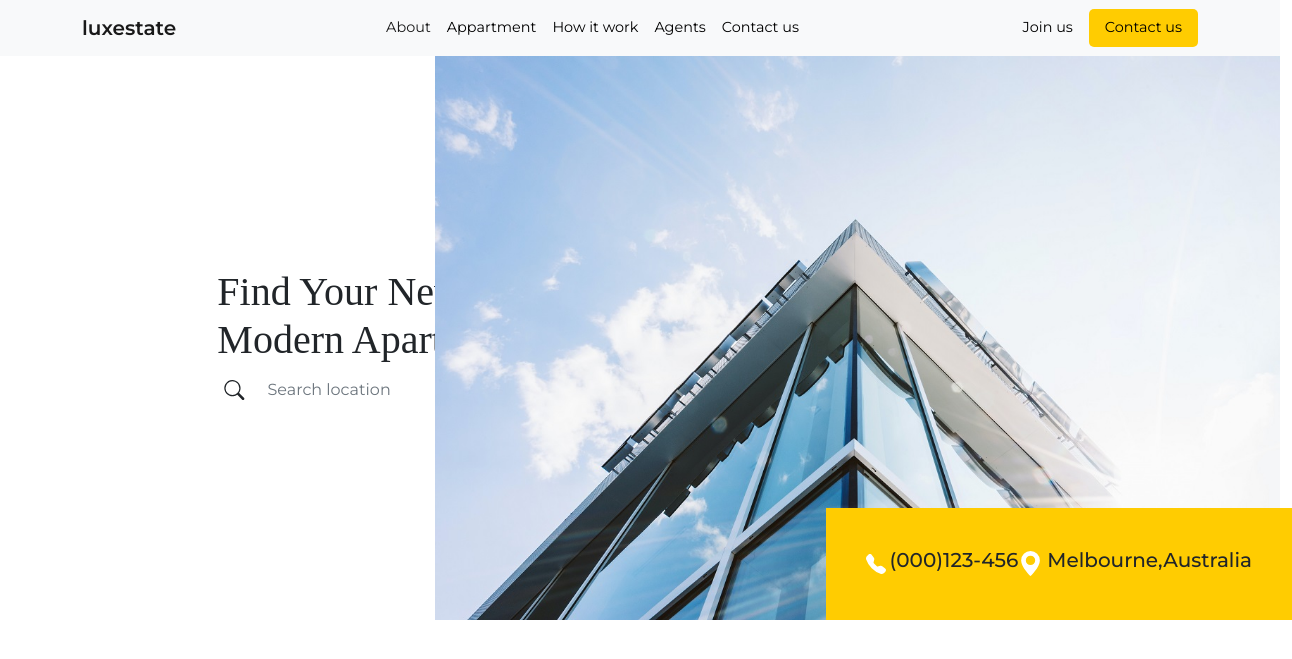
Repository: Toqa-25/luxstate
Page: index.html
The author's editor kept a copy of each file at every save. The page is drawn from the files as they stood at one save, then again after the next save.
The browser window is 1280 px wide. The page is 1292 px wide, so the pictures cover 1292 px, including what lies to the right of the window. The pictures show the whole page.

Above is the page before, as saved 2021-06-08 00:05:09.

### index.html
<!DOCTYPE html>
<html lang="en">
<head>
    <meta charset="UTF-8">
    <meta http-equiv="X-UA-Compatible" content="IE=edge">
    <meta name="viewport" content="width=device-width, initial-scale=1.0">
    <!-- Bootstrap file -->
    <link rel="stylesheet" href="css/bootstrap.css">
    <!-- My Bootstrap file -->
    <link rel="stylesheet" href="css/my-bootstrap.css">
    <!-- all main style -->
    <link rel="stylesheet" href="css/all.min.css">
    <!-- CDN css file -->
    <link href="https://cdn.jsdelivr.net/npm/bootstrap@5.0.1/dist/css/bootstrap.min.css" rel="stylesheet" integrity="sha384-+0n0xVW2eSR5OomGNYDnhzAbDsOXxcvSN1TPprVMTNDbiYZCxYbOOl7+AMvyTG2x" crossorigin="anonymous">
    <!-- Style file -->
    <link rel="stylesheet" href="css/style.css">
    <!-- web fonts -->
    <link rel="preconnect" href="https://fonts.gstatic.com">
<link href="https://fonts.googleapis.com/css2?family=Montserrat:wght@100;200;300;400;500;600;700;800;900&display=swap" rel="stylesheet">
    <title>Bootstarp</title>
</head>
<body>
    <nav class="navbar navbar-expand-lg navbar-light bg-light">
        <div class="container">
          <a class="navbar-brand" href="#">luxestate</a>
          <button class="navbar-toggler" type="button" data-bs-toggle="collapse" data-bs-target="#navbarSupportedContent" aria-controls="navbarSupportedContent" aria-expanded="false" aria-label="Toggle navigation">
            <span class="navbar-toggler-icon"></span>
          </button>
          <div class="collapse navbar-collapse offset-2 navbar-light" id="navbarSupportedContent">
            <ul class="navbar-nav me-auto mb-2 mb-lg-0 ">
              <li class="nav-item">
                <a class="nav-link active" aria-current="page" href="#">About</a>
              </li>
              <li class="nav-item ">
                <a class="nav-link " href="#">Appartment</a>
              </li>
              <li class="nav-item">
                <a class="nav-link" href="#">How it work</a>
              </li>
              <li class="nav-item">
                <a class="nav-link" href="#">Agents</a>
              </li>
              <li class="nav-item">
                <a class="nav-link" href="#">Contact us</a>
              </li>

            </ul>
            <ul class="nav justify-content-end last-nav">
                <li class="nav-item">
                  <a class="nav-link active" aria-current="page" href="#">Join us</a>
                </li>
                <li class="nav-item focuse">
                  <a class="nav-link " href="#">Contact us</a>
                </li>

              </ul>
          </div>
        </div>
      </nav>
      <header>
      <div class="row">
        <div class="image-section float-end col-8 ">
        <img src="images/cover-unsplash.jpg" class="img-fluid "  alt="...">
        <div class="text-over d-flex float-end">
          <svg xmlns="http://www.w3.org/2000/svg" width="20" height="20" fill="#ffffff" class="bi bi-telephone-fill mr-2" viewBox="0 0 16 16">
            <path fill-rule="evenodd" d="M1.885.511a1.745 1.745 0 0 1 2.61.163L6.29 2.98c.329.423.445.974.315 1.494l-.547 2.19a.678.678 0 0 0 .178.643l2.457 2.457a.678.678 0 0 0 .644.178l2.189-.547a1.745 1.745 0 0 1 1.494.315l2.306 1.794c.829.645.905 1.87.163 2.611l-1.034 1.034c-.74.74-1.846 1.065-2.877.702a18.634 18.634 0 0 1-7.01-4.42 18.634 18.634 0 0 1-4.42-7.009c-.362-1.03-.037-2.137.703-2.877L1.885.511z"/>
          </svg>
          <h5>(000)123-456</h5>
          <svg xmlns="http://www.w3.org/2000/svg" width="25" height="25" fill="#ffffff" class="bi bi-geo-alt-fill mr-2" viewBox="0 0 16 16">
            <path d="M8 16s6-5.686 6-10A6 6 0 0 0 2 6c0 4.314 6 10 6 10zm0-7a3 3 0 1 1 0-6 3 3 0 0 1 0 6z"/>
          </svg>
          <h5>Melbourne,Australia</h5>
        </div>
        </div>
          <div class="header-text  col-4 order-first">
              <h1>Find Your New <br>
                Modern Apartment </h1>
                <form class="d-flex">
                    <svg xmlns="http://www.w3.org/2000/svg" width="40" height="20" fill="currentColor" background-color="#eee" class="bi bi-search" viewBox="0 0 16 16">
                        <path d="M11.742 10.344a6.5 6.5 0 1 0-1.397 1.398h-.001c.03.04.062.078.098.115l3.85 3.85a1 1 0 0 0 1.415-1.414l-3.85-3.85a1.007 1.007 0 0 0-.115-.1zM12 6.5a5.5 5.5 0 1 1-11 0 5.5 5.5 0 0 1 11 0z"/>
                      </svg>
                    <input class="form-control " type="search" placeholder=" Search location" aria-label="Search">
                    <button class="btn btn-warning" type="submit">Search </button>
                  </form>
          </div>

      </div>

    </header>

      <script src="js/bootstrap.min.js"></script>
</body>
</html>

### css/style.css
/* veriables */
:root{
    --main-color:#ffcc01;
}

/* global rules */
body{
    font-family: 'Montserrat', sans-serif;
    margin: 0;
    padding: 0;
}
 /* file style */

 .navbar-light .navbar-nav .nav-link,
 .last-nav  .nav-item .nav-link {
    color: black;
    font-weight: 400;
    font-size: .9rem;
}
.navbar-brand{
    font-weight: 600;
}
.last-nav   .focuse{
    background-color: var(--main-color);
    border-radius: 5px;
}
.header-text svg{
    margin:auto 5px;
}
.header-text input{
    border: none
}
.header-text button{
    background: var(--main-color);
    font-size: .75rem;
    width: 45%;
}
.header-text .d-flex{

}
.header-text {
    margin: auto;
    transform: translate(50%);
}
.header-text h1{
    font-family: mate sc;
}
header .row{
    position: relative;
}
header .image-section{
  position: relative;
}
.text-over{
    background: var(--main-color);
    padding: 40px;
    position: absolute;
    right: 0;
    bottom: 0px;
    align-items: center;
}
.mr-2{
    margin-right:.25rem;
}

Loaded but not shown: css/my-bootstrap.css (library); css/all.min.css (library); js/bootstrap.min.js (library); css/bootstrap.css (no copy from this time; the picture is the same without it)

After the next save:
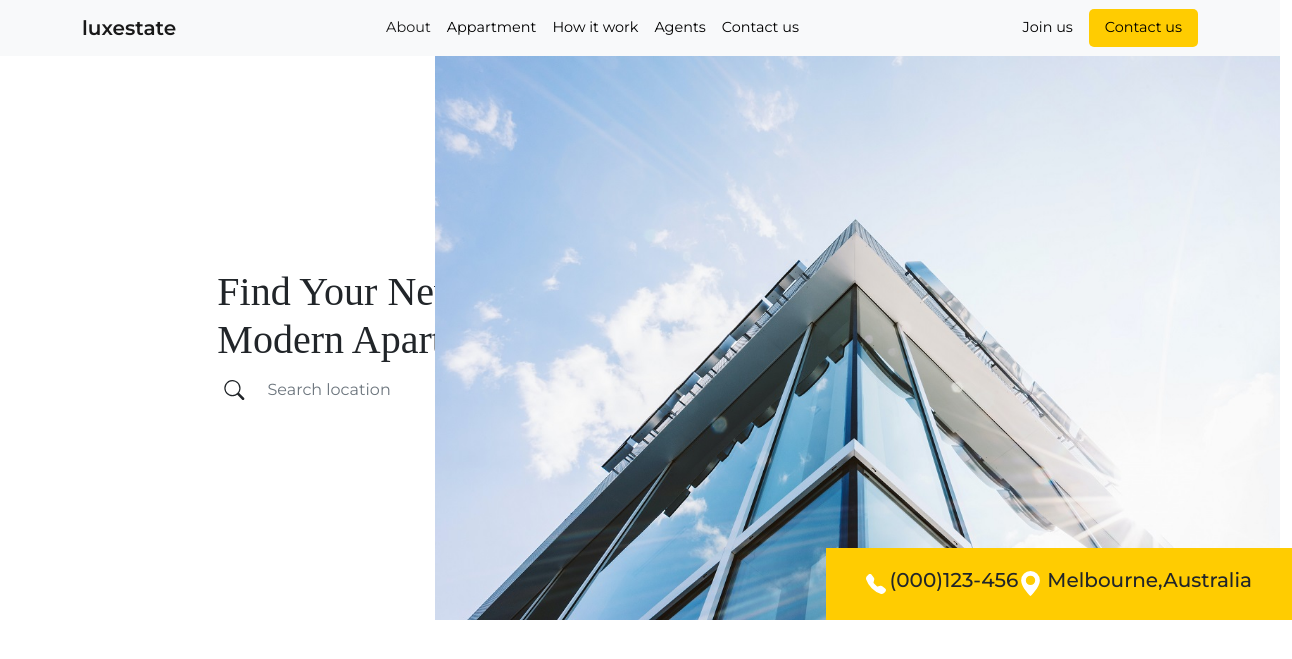
Saved 70 s later.
--- a/css/style.css
+++ b/css/style.css
@@ -53,7 +53,7 @@ header .image-section{
 }
 .text-over{
     background: var(--main-color);
-    padding: 40px;
+    padding: 20px 40px;
     position: absolute;
     right: 0;
     bottom: 0px;
